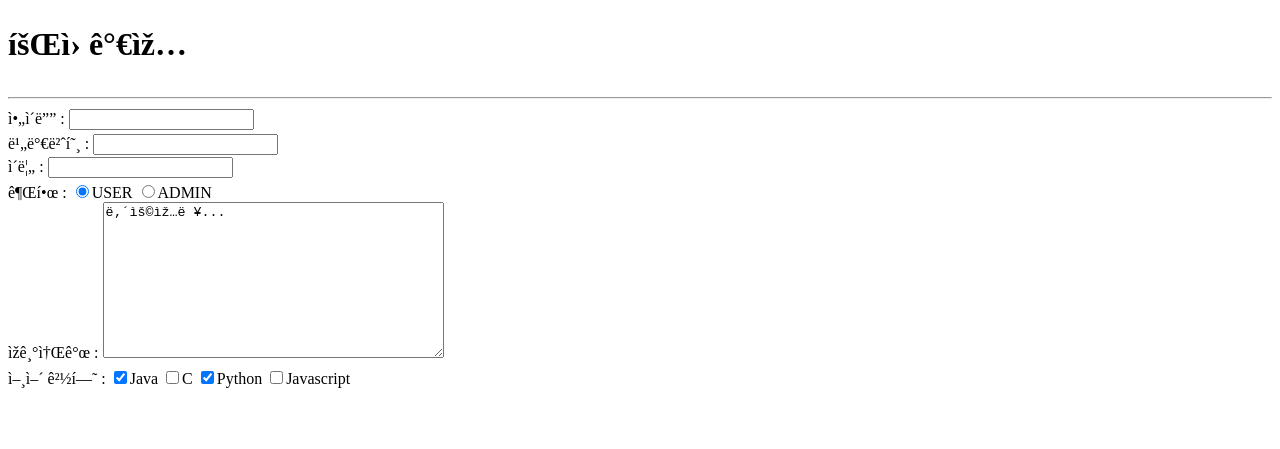
Repository: serim53/JSPStudy
Page: http://localhost/BoardWeb_JSP_/insertUser.jsp
An editor plug-in stored every save of this project. The page is shown before and after the next save, followed by the edit.
The browser window is 1280 px wide. The pictures show the whole page.
The page is served by Tomcat 10.

Above is the page before, as saved 2025-07-08 04:43:58.

After the next save:
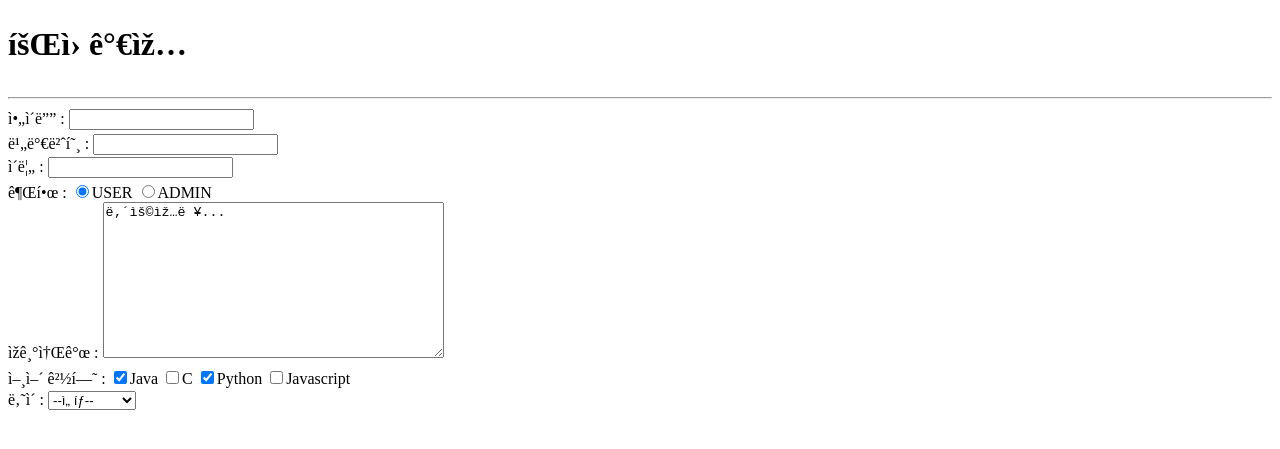
Saved 84 s later.
--- a/BoardWeb(JSP)/src/main/webapp/insertUser.jsp
+++ b/BoardWeb(JSP)/src/main/webapp/insertUser.jsp
@@ -16,6 +16,15 @@
 언어 경험 : <input type="checkbox" checked/>Java
 		  <input type="checkbox"/>C
 		  <input type="checkbox" checked/>Python
-		  <input type="checkbox"/>Javascript
+		  <input type="checkbox"/>Javascript<br>
+나이 : <select>
+		<option>--선택--
+		<option>10대
+		<option>20대
+		<option>30대
+		<option>40대
+		<option>50대
+		<option>60대 이상
+	  </select>
 </body>
 </html>
